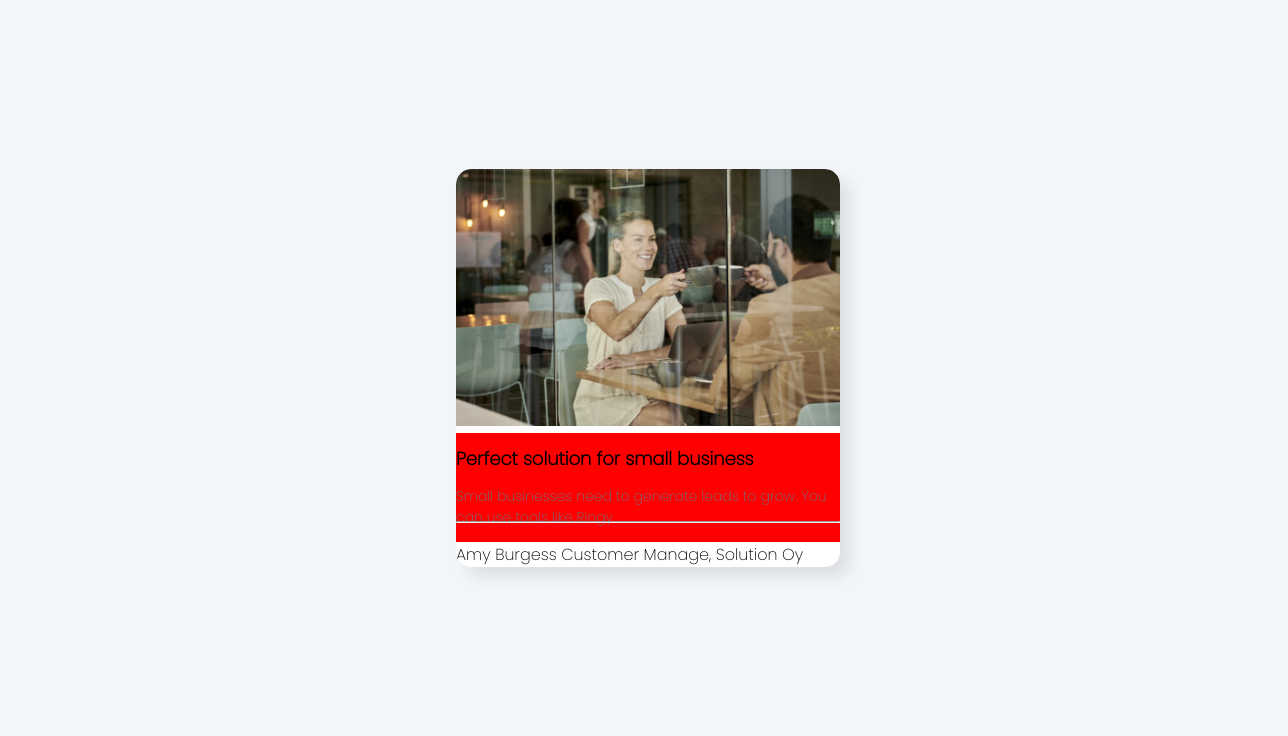
Repository: massndongo/business-blog-card
Page: index.html
These files come from the project's save history. The page is drawn as it stood at one moment and after a run of saves; the edit follows.
The browser window is 1280 px wide. The page is 1288 px wide, so the pictures cover 1288 px, including what lies to the right of the window. The pictures show the whole page.

Above is the page before, as saved 2023-11-08 04:53:14.

### index.html
<!DOCTYPE html>
<html lang="en">
<head>
    <meta charset="UTF-8">
    <meta name="viewport" content="width=device-width, initial-scale=1.0">
    <link rel="stylesheet" href="css/styles.css">
    <title>Responsive Web Developer Starter - devchallenges.io</title>
    <link rel="icon" href="images/favicon.ico" type="image/x-icon" sizes="any">
</head>
<body>
    <div class="card">
        <img src="images/hero-image-business-card.png" alt="" srcset="">
        <div class="card-body">
            <h1 class="title">Perfect solution for small business</h1>
            <p class="corps">Small businesses need to generate leads to grow. You can use tools like Ringy.</p>
        </div>
        <hr>
        <div class="card-footer">
            <!-- <img src="images/avatar-image-business-card.png" alt="" srcset=""> -->
            <div>
                <span>Amy Burgess</span>
                <span>Customer Manage, Solution Oy</span>
            </div>
        </div>
    </div>
</body>
</html>

### css/styles.css
@import url('https://fonts.googleapis.com/css2?family=Poppins:wght@200&display=swa');

* {
    box-sizing: border-box;
    font-family: 'Poppins', sans-serif;
    overflow: hidden;
}

/* Add some styles for body*/
body {
    width: 100%;
    height: 100vh;
    background-color: #F2F5F9;
    display: flex;
    justify-content: center;
    align-items: center;

}

.card{
    position: relative;
    flex-direction: column;
    background-color: #FFFFFF;
    box-shadow: 10px 10px 15px 0px rgba(0, 0, 0, 0.09);
    width: 30%;
    height: auto;
    border-radius: 15px;
}
.card img{
    width: 100%;
    /* border-radius: 10px; */
    border-radius: 15px 15px 0 0;
}
.card-body{
    background-color: red;
    position: relative;
    top: 10%;
    left: 0;
    right: 0;

}
.title{
    font-size: 18px;
    z-index: 1;

}
.corps{
    font-size: 14px;

}
.small{
    position: relative;
    font-size: 12px;
}
.corps, .small, hr{
    color: #6C727F
}
hr{
    width: 100%;
    height: 1px;
    position: absolute;
    bottom: 9%;
    left: 0;
    right: 0;
    background-color: #6c727f85;
}

@media screen and (max-width: 768px) {
    .card {
        width: 90%;
    }
}

After the next 2 saves:
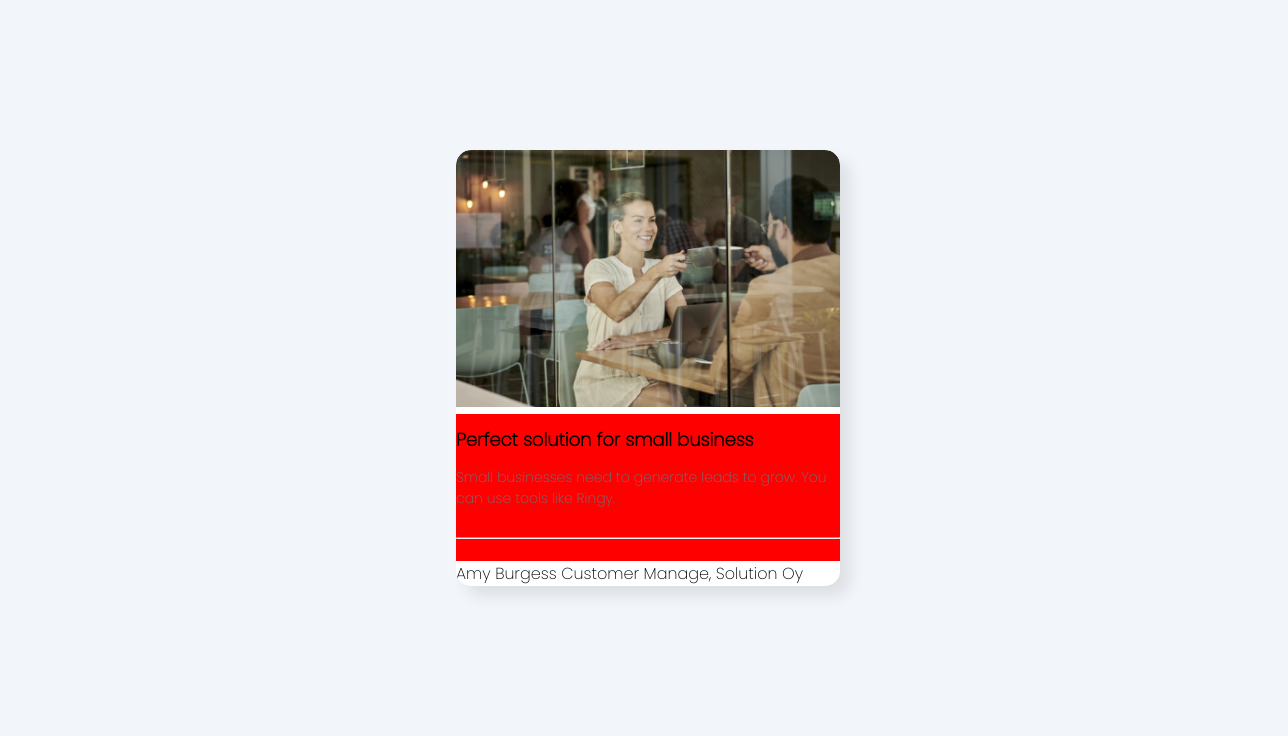
The 2 saves are shown as one change because they came seconds apart.
The last was saved 13 s later.
--- a/css/styles.css
+++ b/css/styles.css
@@ -34,7 +34,7 @@ body {
 .card-body{
     background-color: red;
     position: relative;
-    top: 10%;
+    padding-bottom: 10%;
     left: 0;
     right: 0;
 
